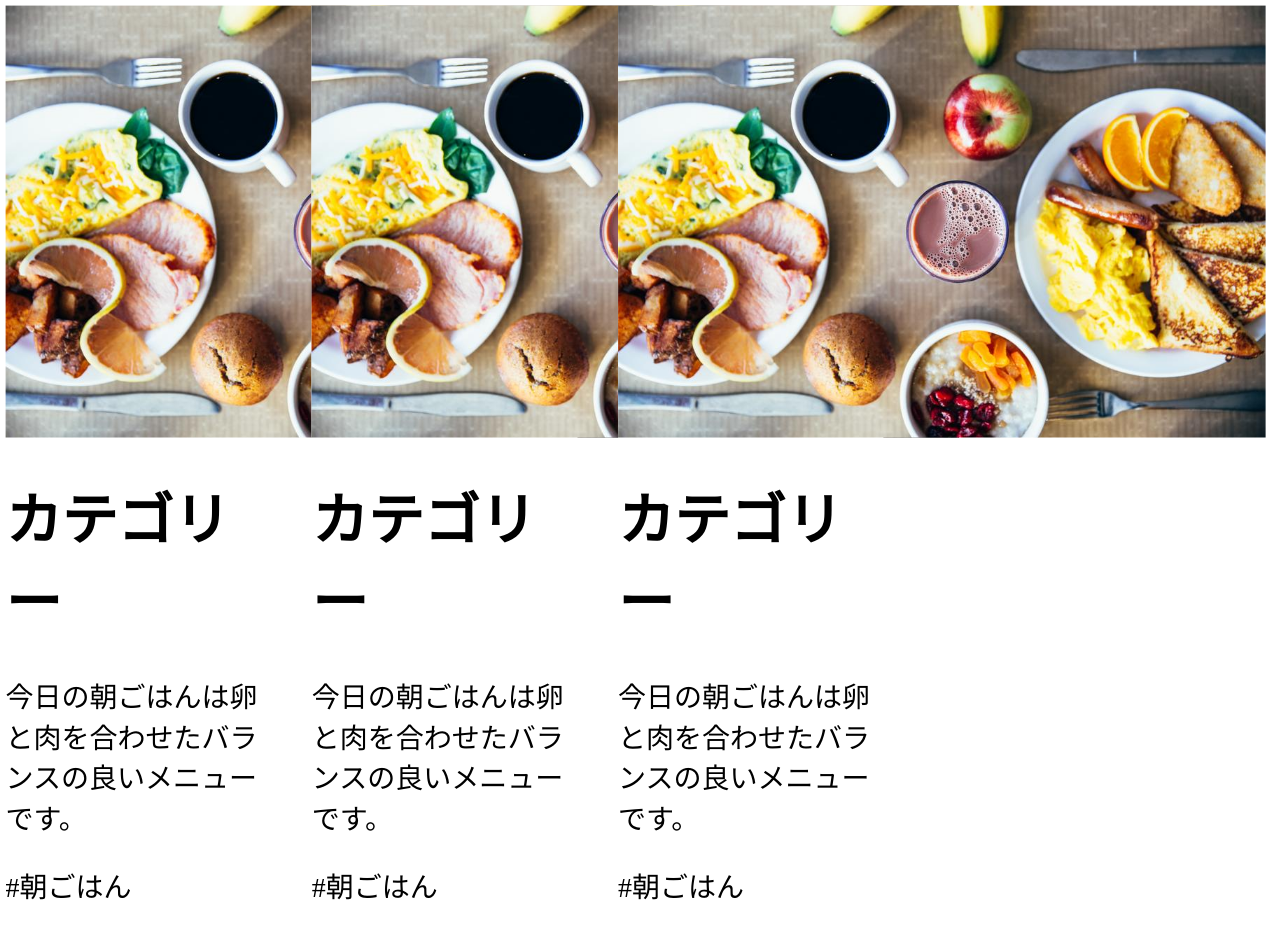
Repository: 9136424556/todo01
Page: coachtech/html-css/css1-17問.html
These files come from the project's save history. The page is drawn as it stood at one moment and after the next save; the edit follows.
The browser window is 1280 px wide. The page is 1808 px wide, so the pictures cover 1808 px, including what lies to the right of the window. The pictures show the whole page, at 70% of full size.

Above is the page before, as saved 2023-12-01 05:08:49.

After the next save:
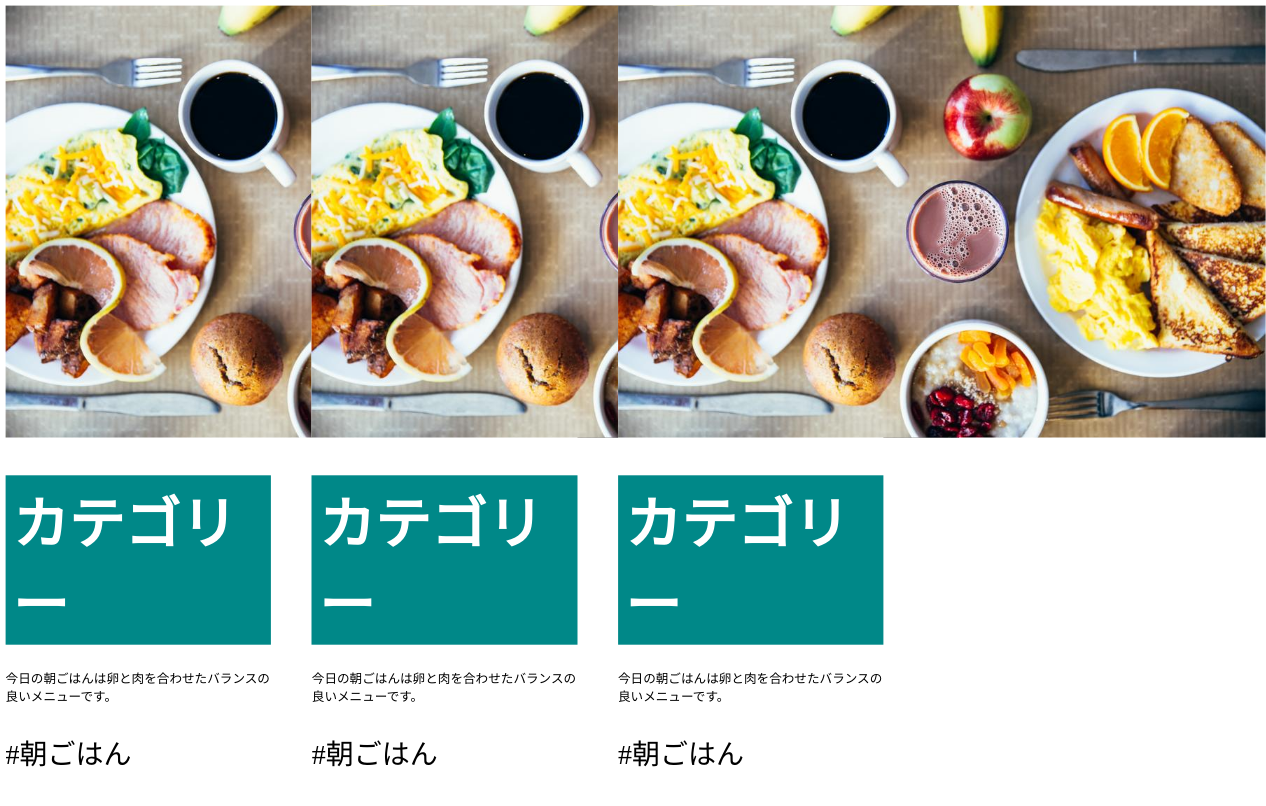
Saved 30 h 50 min later.
--- a/coachtech/html-css/css/css1-17問.css
+++ b/coachtech/html-css/css/css1-17問.css
@@ -4,6 +4,18 @@
 }
 .card__img img{
     padding: 15px 25px;
+}
+.cord-dl{
+  font-size: 18px;
+  margin-bottom: 30px;
+  font-weight: 400;
+}
+.cord-title{
+    padding: 5px 10px;
+    background: #088;
+    margin-bottom: 15px;
+    display: inline-block;
+    color: #fff;
 }
 .box{
     background-color: white;
